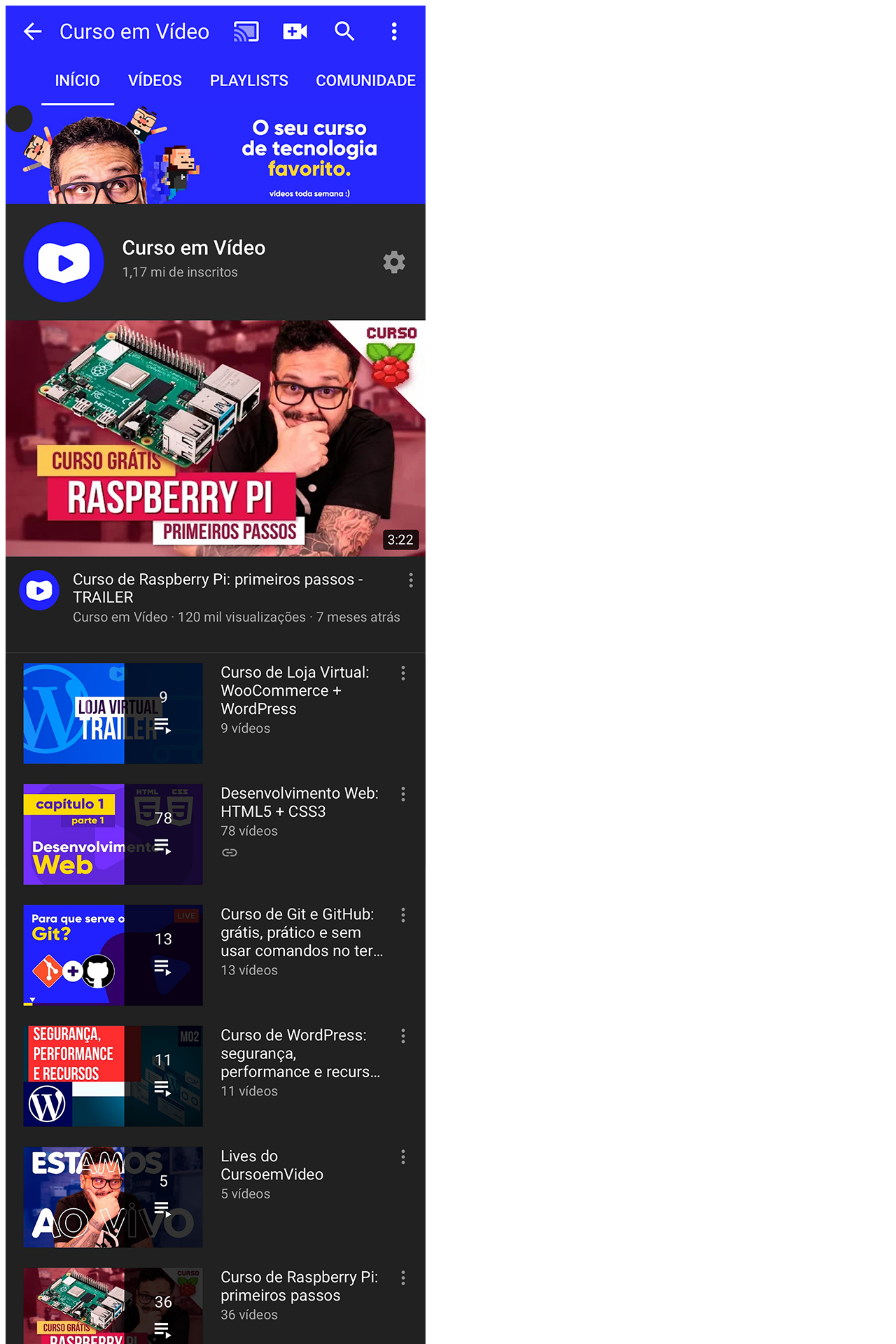
Repository: Sandro1969-tech/Projeto-social-desafio13
Page: home.html
An editor plug-in stored every save of this project. The page is shown before and after the next save, followed by the edit.
The browser window is 1280 px wide. The pictures show the part of the page from y = 0 to 1920 px (the page is 2991 px tall before and 2975 px after), at 70% of full size.
Backgrounds fixed to the window are drawn as part of the page.

Above is the page before, as saved 2025-12-09 14:04:23.

### home.html
<!DOCTYPE html>
<html lang="pt-BR">
<head>
    <meta charset="UTF-8">
    <meta name="viewport" content="width=device-width, initial-scale=1.0">
    <title>You Tube</title>
    <link rel="stylesheet" href="">

    <style>


    </style>


</head>
<body>
    <img src="assets/image/tela-youtube.png" alt="You Tube">
    <a href="https://www.youtube.com/user/cursosemvideo/playlists"" target="_blank">Acesse</a>
</body>
</html>

### style.css
@charset "UTF-8";

* {
    margin: 0;
    padding: 0;
    font-family: Arial, Helvetica, sans-serif;
}

html, body {
    height: 100vh;
    width: 100vw;
    background-color: black;
}

body {
    background: url(assets/image/fundo-madeira.jpg) no-repeat top center fixed;
    background-size: cover;
}

main {
    height: 100vh;
    position: relative;
}

section#telefone {
    position: absolute;
    top: 50%;
    left: 50%;
    transform: translate(-50%, -50%);
    height: 627px;
    width: 311px;
    background: url(assets/image/frame-iphone.png) no-repeat;
}

iframe#tela {
    position: relative;
    top: 80px;
    left: 22px;
    height: 471px;
    width: 267px;
}

section#redes-sociais {
    text-align: right;
}

section#redes-sociais img {
    width: 50px;
    margin: 10px;
    border-radius: 50%;
    box-shadow: 2px 2px 5px rgba(0, 0, 0, 0.400);
    box-sizing: border-box;
}

section#redes-sociais img:hover {
    transform: translate(-3px, -3px);
    transition: transform .3s, border 1 s;
    border: 2px solid white;
    box-shadow: 5px 5px 10px black;
}

After the next save:
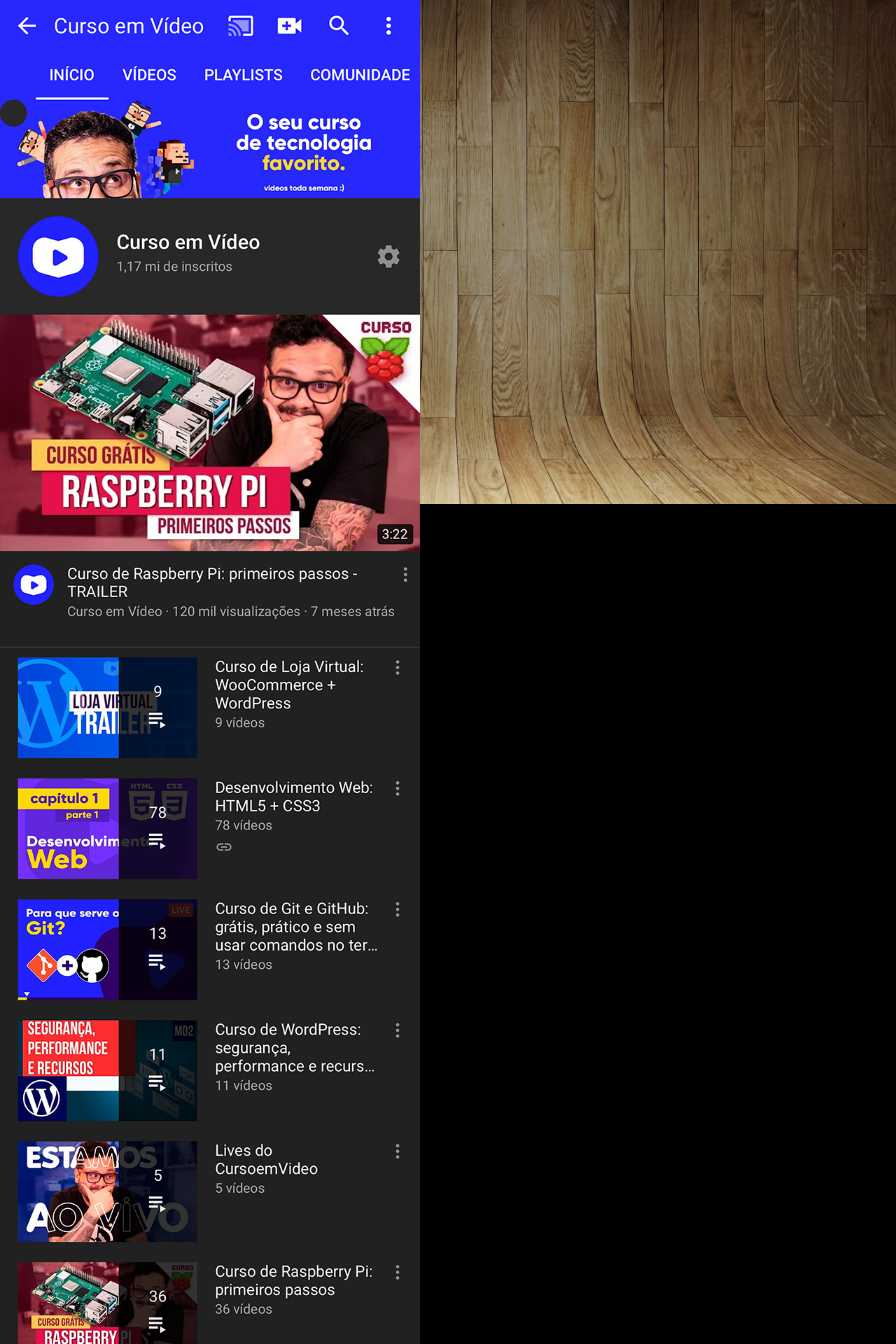
Saved 5 s later.
--- a/home.html
+++ b/home.html
@@ -4,7 +4,7 @@
     <meta charset="UTF-8">
     <meta name="viewport" content="width=device-width, initial-scale=1.0">
     <title>You Tube</title>
-    <link rel="stylesheet" href="">
+    <link rel="stylesheet" href="style.css">
 
     <style>
 
